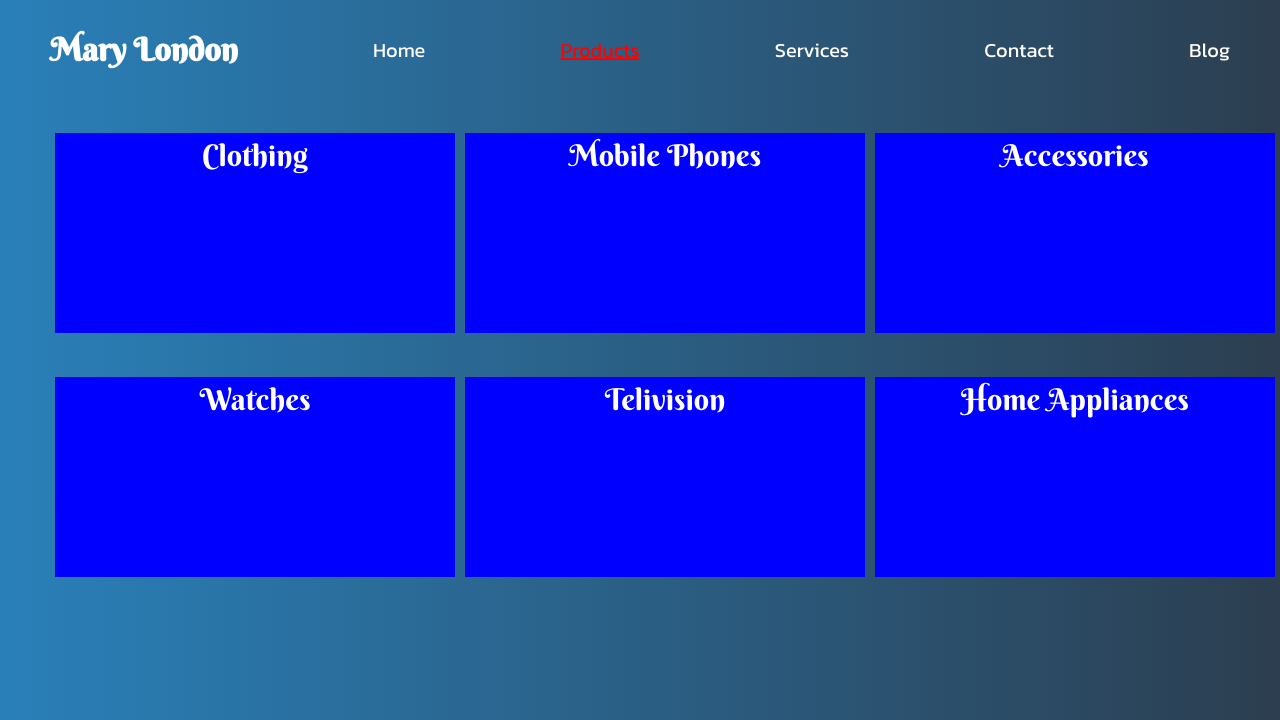
Repository: Habeebur1493/test2
Page: /products
An editor plug-in stored every save of this project. The page is shown before and after the next save, followed by the edit.
The browser window is 1280 px wide. The pictures show the whole page.
The pointer rests on the first visible `.box1`.
The project was rebuilt for these pictures with package versions that can differ from the ones it lists, and the page was loaded fresh each time. Also part of the build but not shown: vite.config.js, src/Frontend/Loader/loaderstyle.css, src/Frontend/Firstpage/Home.jsx, src/Frontend/Firstpage/Services.jsx, src/Frontend/Firstpage/Contact.jsx, src/Frontend/Firstpage/Blog.jsx, src/Frontend/Firstpage/ClothingDetails.jsx.

Above is the page before, as saved 2024-12-27 01:16:05.

### index.html
<!doctype html>
<html lang="en">
  <head>
    <meta charset="UTF-8" />
    <meta name="viewport" content="width=device-width, initial-scale=1.0" />
    <link rel="stylesheet" href="https://fonts.googleapis.com/css2?family=Archivo:ital,wght@0,100..900;1,100..900&display=swap">
    <title>MaryLondon</title>
  </head>
  <body>


    <div id="root"></div>
    <script type="module" src="/src/main.jsx"></script>
  </body>
</html>

### src/main.jsx
import { createRoot } from "react-dom/client";
import "./index.css";
import App from "./App";
import FrontendContext from "./context/FrontendContext";
import { BrowserRouter } from "react-router-dom";

createRoot(document.getElementById("root")).render(
  <FrontendContext>
    <BrowserRouter>
      <App />
    </BrowserRouter>
  </FrontendContext>
);

### src/App.jsx
import React from "react";
import { Route, Routes } from "react-router-dom";
import Pageloader from "./Frontend/Loader/PageLoader";
import Page1 from "./Frontend/Firstpage/Page1";
import Home from "./Frontend/Firstpage/Home";
import Products from "./Frontend/Firstpage/Products";
import Services from "./Frontend/Firstpage/Services";
import Contact from "./Frontend/Firstpage/Contact";
import Blog from "./Frontend/Firstpage/Blog";
import Nav from "./Frontend/Firstpage/Nav";
import "./App.css";
import "./Frontend/Firstpage/page1.css";
import "./Frontend/Loader/loaderstyle.css";
import ClothingDetails from "./Frontend/Firstpage/ClothingDetails";



const App = () => {
  const banners = [
    "https://s7ap1.scene7.com/is/image/adityabirlafashion/AS_D_HB_285_11_24_WinterRetreat_V1?resMode=sharp2&wid=1600&hei=642",
    "https://m.media-amazon.com/images/S/aplus-media-library-service-media/a79fdedf-c088-4a27-925a-5948d42135e6.__CR0,0,1464,600_PT0_SX1464_V1___.jpg",
    "https://images.hindustantimes.com/tech/img/2021/10/06/1600x900/IMG-20211005-WA0007_1633522371964_1633522436021.jpg",
    "https://www.sony.co.in/content/dam/sony/contents/regional-FSMC/india/common/homepage/primary-tout/2024/cich-bravia/CICH-Banner_D.jpg",
    "https://www.boat-lifestyle.com/cdn/shop/files/480_Desktop_2_1440x.png?v=1733813003",
  ];

  return (
    <div>
      <Pageloader />
      <Page1 />
      <Nav />
      <Routes>
        <Route path="/" element={<Home banners ={banners}/>} />
               <Route path="/products" element={<Products />}>
                    <Route
                        path="/products/:category"
                        element={<ClothingDetails />}
                    />
                </Route>
        <Route path="/services" element={<Services />} />
        <Route path="/contact" element={<Contact />} />
        <Route path="/blog" element={<Blog />} />
      </Routes>


    </div>
  );
};

export default App;

### src/context/FrontendContext.jsx
import { createContext, useState } from "react";




export const datacontext = createContext(null);

const FrontendContext = (props) => {
  const [data, setData] = useState("");

return (
  <datacontext.Provider value={[data, setData]}>
    {props.children}
  </datacontext.Provider>
);
};

export default FrontendContext;

### src/Frontend/Loader/PageLoader.jsx
import React, { useState, useEffect } from "react";
import { gsap } from "gsap";
import "./loaderstyle.css";





const App = () => {
  const [showScreen, setShowScreen] = useState(true);

  // Helper function to split text into individual letters
  const splitText = (text) =>
    text.split("").map((char, index) => (
      <span key={index} className="letter">
        {char}
      </span>
    ));

  // Part 1: Animation for spinning letters
  useEffect(() => {
    const letters = document.querySelectorAll(".letter");

    const animation = gsap.fromTo(
      letters,
      { rotationY: 0 },
      {
        rotationY: 360,
        duration: 1,
        repeat: -1,
        ease: "power1.inOut",
        stagger: 0.1,
      }
    );

    return () => {
      animation.kill();
    };
  }, []);

  // Part 2: Screen timeout
  useEffect(() => {
    const timer = setTimeout(() => {
      setShowScreen(false);
    }, 3000);

    return () => clearTimeout(timer);
  }, []);

  return (
    <div>
      {showScreen ? (
        <div className="screen">
          <div className="text-container">
            <div className="text">{splitText("Mary")}</div>
            <div className="loader"></div>
            <div className="text">{splitText("London")}</div>
          </div>
        </div>
      ) : (
        <div>

        </div>
      )}
    </div>
  );
};

export default App;

### src/Frontend/Firstpage/Page1.jsx
import React from "react";
import "./page1.css";


const Page1 = () => {
  return (
    <div className="page1">
      <div className="overlay">

      </div>
    </div>
  );
};

export default Page1;

### src/Frontend/Firstpage/Products.jsx
import React from "react";
import "./page1.css";
import { useNavigate } from "react-router-dom";

const Products = () => {
  const navigate = useNavigate();


  return (
    <div>
      <div className="container">
        <div className="box1" onClick={() => navigate("/ClothingDetails")} >
          <h1>Clothing</h1>
        </div>
        <div className="box2">
          <h1>Mobile Phones</h1>
        </div>
        <div className="box3">
          <h1>Accessories</h1>
        </div>
        <div className="box4">
          <h1>Watches</h1>
        </div>
        <div className="box5">
          <h1>
          Telivision
          </h1>
        </div>
        <div className="box6">
          <h1>Home Appliances</h1>
        </div>
      </div>
    </div>
  );
};

export default Products;

### src/Frontend/Firstpage/Nav.jsx
import React, { useEffect } from "react";
import { NavLink } from "react-router-dom";
import gsap from "gsap";
import "./page1.css";

const Nav = () => {
  const activeStyle = {
    textDecoration: "underline",
    color: "red",

};

  useEffect(() => {
    const navLinks = document.querySelectorAll("nav a");


    // Animate the navigation links
    gsap.from(navLinks, {
      opacity: 0,
      x: -50,
      duration: 1,
      delay: 4,
      stagger: 0.2, // Adds a delay between each link
    });
  }, []);

  return (
    <nav>
      <h1>Mary London</h1>

      <NavLink to="/" style={({ isActive }) => (isActive ? activeStyle : null)}>
        Home
      </NavLink>
      <NavLink to="/products" style={({ isActive }) => (isActive ? activeStyle : null)}>
        Products
      </NavLink>
      <NavLink to="/services" style={({ isActive }) => (isActive ? activeStyle : null)}>
        Services
      </NavLink>
      <NavLink to="/contact" style={({ isActive }) => (isActive ? activeStyle : null)}>
        Contact
      </NavLink>
      <NavLink to="/blog" style={({ isActive }) => (isActive ? activeStyle : null)}>
        Blog
      </NavLink>
    </nav>
  );
};

export default Nav;

### src/App.css
@import url('https://fonts.googleapis.com/css2?family=Berkshire+Swash&display=swap');



body{
    background-color: #cc9b9b;
}

nav{
    display: flex;
    justify-content: space-between;
    align-items: center;
    padding: 0px 50px;
    background-color: #b9abf700;
    color: #fff;


}
nav ul{
    display: flex;
    list-style: none;
    gap: 10px;
    font-size: 20px;
    padding: 20px;
    font-weight: 600;


}
nav ul li a{
    cursor: pointer;
    text-decoration: none;
    color: #fff;

}


.page1{
    height: 100%;
    width: 100%;

}

.logo{
    display: flex;
    align-items: center;
    margin-top: 20px;
}
.logo img{
    width: 120px;
    height: 120px;
    padding-bottom: 15px;
}

.logo h1{
    font-size: 32px;
    color: black;
    font-weight: 900;
    font-family: Berkshire Swash;
    border-bottom: 5px solid black;
    display: inline-block;
    width: 160px;
    text-align: center;

}

### src/Frontend/Firstpage/page1.css
@import url('https://fonts.googleapis.com/css2?family=Berkshire+Swash&display=swap');
@import url('https://fonts.googleapis.com/css2?family=Kanit:ital,wght@0,100;0,200;0,300;0,400;0,500;0,600;0,700;0,800;0,900;1,100;1,200;1,300;1,400;1,500;1,600;1,700;1,800;1,900&display=swap');



body{
  font-family: "Kanit", serif;
  background-image: linear-gradient(to right, #2980b9,#2c3e50);
}


nav{
    display: flex;
    justify-content: space-evenly;
    align-items: center;
    gap: 10px;
    height: 100px;
    width: 100%;
    font-family: "Kanit", serif;
    position: fixed;
    z-index: 1;
    font-size: 20px;
    color: #fff;
}


.page1{
    height: 100%;
    width: 100%;

}


.overlay{
    background-color: rgba(0, 0, 0, 0);
    position: absolute;
    top: 0;
    left: 0;
    width: 100%;
    height: 100%;
}

nav h1{
    font-size: 32px;
    color: #fff;
    font-weight: 900;
    font-family: Berkshire Swash;
    text-align: center;
}

.slider-container {
    position: relative;
    width: 80%;
    height: 600px;
    overflow: hidden;
    margin: 0 auto;
    padding-top: 150px;
}

  .slider-wrapper {
    width: 100%;
    height: 100%;
  }

  .slider-content {
    display: flex;
    transition: transform 0.5s ease-in-out;
    height: 100%;
  }

  .slide {
    width: 100%;
    height: 100%;
    flex-shrink: 0;
  }

  .prev-button,
  .next-button {
    position: absolute;
    top: 60%;
    transform: translateY(-50%);
    background: rgba(0, 0, 0, 0.5);
    color: white;
    border: none;
    padding: 10px 15px;
    cursor: pointer;
    z-index: 1000;
}

  .prev-button {
    left: 10px;
  }

  .next-button {
    right: 10px;
  }

  .dots {
    position: absolute;
    bottom: 15px;
    left: 50%;
    transform: translateX(-50%);
    display: flex;
    gap: 5px;
  }

  .dot {
    width: 10px;
    height: 10px;
    background: white;
    border-radius: 50%;
    cursor: pointer;
  }

  .dot.active {
    background: black;
  }


  .container{
    grid-template-rows: 2fr 1fr 1fr;
    grid-template-columns: 1fr 1fr 1fr;
    display: grid;
    justify-items: center;
    align-items: center;
    height: 100vh;
    width: 100%;
    z-index: 1;
    padding-top: 90px;
    padding-left: 50px;

  }

  .container .box1{
    background-color: blue;
    height: 200px;
    width: 400px;

  }
  .box2{
    background-color: blue;
    height: 200px;
    width: 400px;
  }
  .box3{
    background-color: blue;
    height: 200px;
    width: 400px;
  }
  .box4{
    background-color: blue;
    height: 200px;
    width: 400px;
  }
  .box5{
    background-color: blue;
    height: 200px;
    width: 400px;
  }
  .box6{
    background-color: blue;
    height: 200px;
    width: 400px;
  }

  .box1:hover{

  }

  .container h1{
    text-align: center;
    color: #fff;
    font-family: Berkshire Swash;
    font-size: 30px;
  }


  .container1{
    display: flex;
  }

  .column1{
    height: 80%;
    width: 30%;
    background-color: #2980b9;
  }

  .column2{
    height: 80%;
    width: 70%;
    background-color: #2c3e50;
  }

Loaded but not shown: src/index.css (common file); tailwind.config.js (common file)

After the next save:
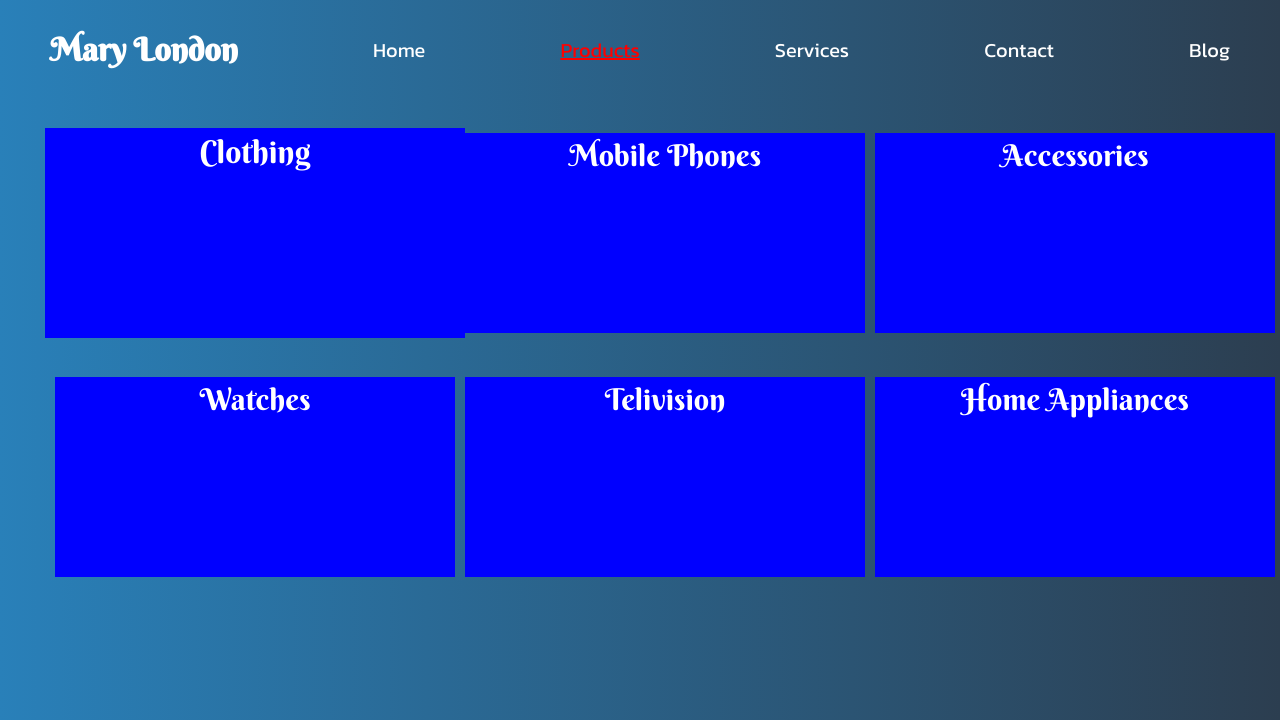
Saved 60 s later.
--- a/src/Frontend/Firstpage/page1.css
+++ b/src/Frontend/Firstpage/page1.css
@@ -164,7 +164,7 @@ nav h1{
   }
 
   .box1:hover{
-
+    transform: scale(1.05);
   }
 
   .container h1{
